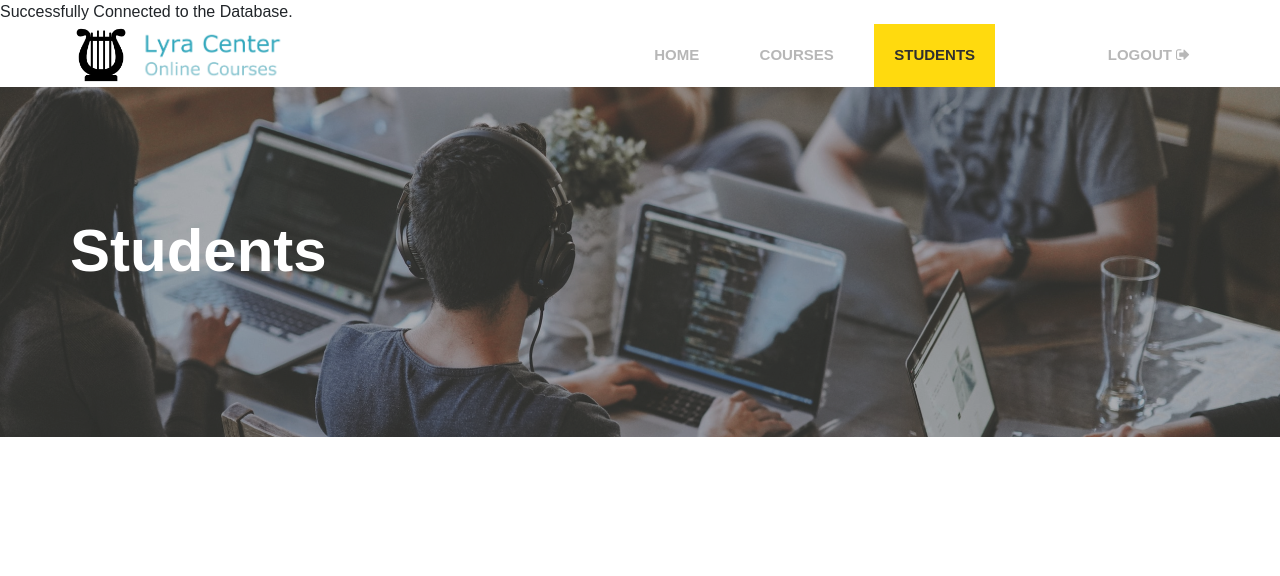
Repository: jersmaecrz/lyra-center
Page: http://localhost/aStudents.php
An editor plug-in stored every save of this project. The page is shown before and after the next save, followed by the edit.
The browser window is 1280 px wide. The pictures show the whole page.
Some web fonts or font styles are not loaded; a fallback is used. The page is run by PHP 8.4 with error messages shown; the project is at /var/www/html/.

Above is the page before, as saved 2022-12-03 23:31:22.

### aStudents.php
<?php
    include "admin-dashboard.php";
?>
<!DOCTYPE html>
<html lang="zxx">
<head>
    <link rel="icon" href="img/lyre.png">
    <meta charset="UTF-8">
    <meta name="description" content="Anime Template">
    <meta name="keywords" content="Anime, unica, creative, html">
    <meta name="viewport" content="width=device-width, initial-scale=1.0">
    <meta http-equiv="X-UA-Compatible" content="ie=edge">
    <title>Lyra | Students</title>
    <link rel="stylesheet" href="css/admin-home-style.css" type="text/css">

    <!-- Google Font -->
    <link href="https://fonts.googleapis.com/css2?family=Mulish:wght@300;400;500;600;700;800;900&display=swap"
    rel="stylesheet">

    <link rel="preconnect" href="https://fonts.googleapis.com">
    <link rel="preconnect" href="https://fonts.gstatic.com" crossorigin>
    <link href="https://fonts.googleapis.com/css2?family=Open+Sans:wght@700&display=swap" rel="stylesheet">

    <!-- Css Styles -->
    <link rel="stylesheet" href="css/bootstrap.min.css" type="text/css">
    <link rel="stylesheet" href="css/font-awesome.min.css" type="text/css">
    <link rel="stylesheet" href="css/elegant-icons.css" type="text/css">
    <link rel="stylesheet" href="css/plyr.css" type="text/css">
    <link rel="stylesheet" href="css/nice-select.css" type="text/css">
    <link rel="stylesheet" href="css/owl.carousel.min.css" type="text/css">
    <link rel="stylesheet" href="css/slicknav.min.css" type="text/css">
    <link rel="stylesheet" href="css/style.css" type="text/css">
</head>

<body>
    <!-- Page Preloder -->
    <div id="preloder">
        <div class="loader"></div>
    </div>

    <!-- Header Section Begin -->
    <header class="header">
        <div class="container">
            <div class="row">
                <div class="col-lg-5">
                    <div class="header__logo">
                        <a href="./aHome.php">
                            <img src="img/lyre.png" alt="" width=62px>
                            <img src="img/lyra.png" alt="" width=150px>
                        </a>
                    </div>
                </div>
                <div class="col-lg-7">
                    <div class="header__nav">
                        <nav class="header__menu mobile-menu">
                            <ul>
                                <li ><a href="./aHome.php">HOME</a></li>
                                <li ><a href="./aCourses.php">COURSES</a></li>
                                <li class="active"><a href="./aStudents.php">STUDENTS</a></li>
                                <li class="right"><a href="./signup.html">LOGOUT <i class="fa fa-sign-out" aria-hidden="true"></i></a></li>
                            </ul>
                        </nav>
                    </div>
                </div>

            </div>
            <div id="mobile-menu-wrap"></div>
        </div>
    </header>
    <!-- Header End -->


    <!-- Normal Breadcrumb Begin -->
    <section class="pg pg-breadcrumb set-bg" data-setbg="img/banner.png">
        <div class="container">
            <div class="row">
                <div class="col-lg-5">
                    <div class="normal__breadcrumb__text">
                        <h2>Students</h2>
                    </div>
                </div>
            </div>
        </div>

    </section>
    <!-- Normal Breadcrumb End -->
<br>

<!-- Dashboard -->
<div class="container">
    <div class="row">
            <div class="col-lg-12 normal__breadcrumb__text">

            </div>

    </div>
</div>
<br>
<br>
<br>
<br>
<br>

<!-- Footer Section Begin
<footer class="footer">
    <div class="page-up">
        <a href="#" class="scroll"><span class="arrow_carrot-up"></span></a>
    </div>
    <div class="container">
        <div class="row">
            <div class="col-lg-3">
                <div class="footer__logo">
                    <a href="./index.html">
                        <img src="img/mango manga.png" alt="" width=80px>
                        <img src="img/mm.png" alt="" width=110px>
                    </a>
                </div>
            </div>
            <div class="col-lg-6">
                <div class="footer__nav">
                    <ul>
                        <li class="active"><a href="./index.html">HOME</a></li>
                        <li ><a href="./courses.html">COURSES</a></li>
                        <li ><a href="./signup.html">STUDENTS</a></li>

                    </ul>
                </div>
            </div>

          </div>
      </div>
  </footer>
  <!-- Footer Section End -->


<!-- Js Plugins -->
<script src="js/jquery-3.3.1.min.js"></script>
<script src="js/bootstrap.min.js"></script>
<script src="js/player.js"></script>
<script src="js/jquery.nice-select.min.js"></script>
<script src="js/mixitup.min.js"></script>
<script src="js/jquery.slicknav.js"></script>
<script src="js/owl.carousel.min.js"></script>
<script src="js/main.js"></script>


</body>

</html>

### admin-dashboard.php
<?php
   require_once("config.php");
   class Dashboard {
        //Attributes
        public $name;
        public $courses;
        //Create setters
        function setStudents($students){
            $this -> students = $students;
        }
        function setCourses($courses){
            $this -> courses = $courses;
        }
        //Create getters
        function getStudents(){
            return $this -> students;
        }
        function getCourses(){
            return $this -> courses;
        }
        function countStudents($pdo){
            $query = "SELECT * FROM users";
            $stmt = $pdo-> prepare($query);
            $stmt -> execute();
            $rows = $stmt -> fetchAll();
            $rowCount = $stmt->rowCount();
            $this -> setStudents($rowCount);
        }
        function countCourses($pdo){
            $query = "SELECT * FROM courses";
            $stmt = $pdo-> prepare($query);
            $stmt -> execute();
            $rows = $stmt -> fetchAll();
            $rowCount = $stmt->rowCount();
            $this -> setCourses($rowCount);
        }
    }
?>

### config.php
<?php
    $host = "remotemysql.com";
    $user = "NsqxjSUDbx";
    $password = "wLgUwnheJo";
    $dbName = "NsqxjSUDbx" ;
    //Connect to database using PDO
    try {
        $dsn ="mysql:host=$host;dbname=$dbName";
        $pdo = new PDO($dsn,$user, $password);
        //Check the connection
        $pdo->setAttribute(PDO::ATTR_DEFAULT_FETCH_MODE,PDO::FETCH_OBJ);
        $pdo->setAttribute(PDO::ATTR_ERRMODE,PDO::ERRMODE_EXCEPTION);
        echo "Successfully Connected to the Database.";
    } catch(PDOException $e) {
        echo "Unable to Connect to DB: ". $e->getMessage();
    }
?>

### css/admin-home-style.css
.right {
    float: right;
}
.scroll {
    margin-left: -50px;
    margin-top: -50px;
}
.main-section{
	width:80%;
	margin:0 auto;
	text-align: center;
	padding: 0px 5px;
}
.dashboard{
	width:32%;
	display: inline-block;
	color:#fff;
	margin-top: 50px;
}
.icon-section i{
	font-size: 30px;
	padding:10px;
	border:1px solid #34495E;
	margin-bottom: 10px;
    margin: 5%;
	background-color:#fff;
    border-radius: 50%;
}
.icon-section h3{
	font-size: 20px;
    color: #fff;
	font-family: "Mulish", sans-serif;
}
.icon-section p{
	margin:0px;
	font-size: 20px;
	padding-bottom: 10px;
	font-family: "Mulish", sans-serif;
}
.icon {
    color: #023047;
}
.blueDash {
    background-color:#34495E;

}
.yellowDash {
    background-color:#4ACBCB;

}

### css/style.css

html,
body {
	height: 100%;
	font-family: "Mulish", sans-serif;
	-webkit-font-smoothing: antialiased;
	background: white;
}

h1,
h2,
h3,
h4,
h5,
h6 {
	margin: 0;
	color: #111111;
	font-weight: 400;
	font-family: "Mulish", sans-serif;
}

.lemony a{
	background: #FFDA0E;
	font-size: 20px;
	color: black;
	padding-left: 20px;
	padding-right: 20px;
	padding-top: 10px;
	padding-bottom: 10px;
	font-family: "Oswald", sans-serif;
}

h1 {
	font-size: 70px;
}

h2 {
	font-size: 36px;
}

h3 {
	font-size: 30px;
}

h4 {
	font-size: 24px;
}

h5 {
	font-size: 18px;
}

h6 {
	font-size: 16px;
}

p {
	font-size: 15px;
	font-family: "Mulish", sans-serif;
	color: #3d3d3d;
	font-weight: 400;
	line-height: 25px;
	margin: 0 0 15px 0;
}

img {
	max-width: 100%;
}

input:focus,
select:focus,
button:focus,
textarea:focus {
	outline: none;
}

a:hover,
a:focus {
	text-decoration: none;
	outline: none;
	color: #4ACBCB;;
}

ul,
ol {
	padding: 0;
	margin: 0;
}

/*---------------------
  Helper CSS
-----------------------*/

.section-title {
	margin-bottom: 30px;
}

.section-title h4,
.section-title h5 {
	color: #2F2F2F;
	font-weight: 600;
	line-height: 21px;
	text-transform: uppercase;
	padding-left: 20px;
	position: relative;
	font-family: "Oswald", sans-serif;
}

.section-title h4:after,
.section-title h5:after {
	position: absolute;
	left: 0;
	top: -6px;
	height: 32px;
	width: 4px;
	background: #e53637;
	content: "";
}

.set-bg {
	background-repeat: no-repeat;
	background-size: cover;
	background-position: top center;
}

.spad {
	padding-top: 100px;
	padding-bottom: 100px;
}

.text-white h1,
.text-white h2,
.text-white h3,
.text-white h4,
.text-white h5,
.text-white h6,
.text-white p,
.text-white span,
.text-white li,
.text-white a {
color: black;
}

/* buttons */

.primary-btn {
	display: inline-block;
	font-size: 13px;
	font-weight: 700;
	text-transform: uppercase;
	color: #ffffff;
	letter-spacing: 2px;
}

.primary-btn span {
	font-size: 18px;
	margin-left: 5px;
	position: relative;
	top: 3px;
}

.site-btn {
	font-size: 13px;
	color: #ffffff;
	background: #e53637;
	font-weight: 700;
	border: none;
	border-radius: 2px;
	letter-spacing: 2px;
	text-transform: uppercase;
	display: inline-block;
	padding: 12px 30px;
}

/* Preloder */

#preloder {
	position: fixed;
	width: 100%;
	height: 100%;
	top: 0;
	left: 0;
	z-index: 999999;
	background: #000;
}

.loader {
	width: 40px;
	height: 40px;
	position: absolute;
	top: 50%;
	left: 50%;
	margin-top: -13px;
	margin-left: -13px;
	border-radius: 60px;
	animation: loader 0.8s linear infinite;
	-webkit-animation: loader 0.8s linear infinite;
}

@keyframes loader {
	0% {
		-webkit-transform: rotate(0deg);
		transform: rotate(0deg);
		border: 4px solid #f44336;
		border-left-color: transparent;
	}
	50% {
		-webkit-transform: rotate(180deg);
		transform: rotate(180deg);
		border: 4px solid #673ab7;
		border-left-color: transparent;
	}
	100% {
		-webkit-transform: rotate(360deg);
		transform: rotate(360deg);
		border: 4px solid #f44336;
		border-left-color: transparent;
	}
}

@-webkit-keyframes loader {
	0% {
		-webkit-transform: rotate(0deg);
		border: 4px solid #f44336;
		border-left-color: transparent;
	}
	50% {
		-webkit-transform: rotate(180deg);
		border: 4px solid #673ab7;
		border-left-color: transparent;
	}
	100% {
		-webkit-transform: rotate(360deg);
		border: 4px solid #f44336;
		border-left-color: transparent;
	}
}

.spacial-controls {
	position: fixed;
	width: 111px;
	height: 91px;
	top: 0;
	right: 0;
	z-index: 999;
}

.spacial-controls .search-switch {
	display: block;
	height: 100%;
	padding-top: 30px;
	background: #323232;
	text-align: center;
	cursor: pointer;
}

.search-model {
	display: none;
	position: fixed;
	width: 100%;
	height: 100%;
	left: 0;
	top: 0;
	background: #000;
	z-index: 99999;
}

.search-model-form {
	padding: 0 15px;
}

.search-model-form input {
	width: 500px;
	font-size: 40px;
	border: none;
	border-bottom: 2px solid #333;
	background: 0 0;
	color: #999;
}

.search-close-switch {
	position: absolute;
	width: 50px;
	height: 50px;
	background: #333;
	color: #fff;
	text-align: center;
	border-radius: 50%;
	font-size: 28px;
	line-height: 28px;
	top: 30px;
	cursor: pointer;
	display: -webkit-box;
	display: -ms-flexbox;
	display: flex;
	-webkit-box-align: center;
	-ms-flex-align: center;
	align-items: center;
	-webkit-box-pack: center;
	-ms-flex-pack: center;
	justify-content: center;
}

/*---------------------
  Header
-----------------------*/

.header {
	background: white;
}

.header__menu {
	text-align: center;
}


.header__menu ul li {
	list-style: none;
	display: inline-block;
	position: relative;
	margin-right: 16px;
}

.header__menu ul li.active a {
	background: #FFDA0E;
	color: #2F2F2F;
}



.header__menu ul li:hover a {
	color: #4ACBCB;
}

.header__menu ul li:hover .dropdown {
	top: 62px;
	opacity: 1;
	visibility: visible;
}

.header__menu ul li:hover .dropdown li a {
	background: transparent;
}

.header__menu ul li:last-child {
	margin-right: 0;
}
.square {
  height: 450px;
  width: 1000px;
  background-color: #CCCC00;
}



.header__menu ul li:hover .dump {
	top: 62px;
	opacity: 1;
	visibility: visible;
}

.header__menu ul li:hover .dump li a {
	background: transparent;
}


.header__menu ul li .dump {
	position: absolute;
	left: 0;
	top: 82px;
	width: 150px;
	background: #ffffff;
	text-align: left;
	padding: 5px 0;
	z-index: 9;
	opacity: 0;
	visibility: hidden;
	-webkit-transition: all, 0.3s;
	-o-transition: all, 0.3s;
	transition: all, 0.3s;
}


.header__menu ul li .dump li {
	display: block;
	margin-right: 0;
}

.header__menu ul li .dump li a {
	font-size: 14px;
	color: #111111;
	font-weight: 500;
	padding: 5px 20px;
}





.header__menu ul li .dropdown {
	position: absolute;
	left: 0;
	top: 82px;
	width: 150px;
	background: #ffffff;
	text-align: left;
	padding: 5px 0;
	z-index: 9;
	opacity: 0;
	visibility: hidden;
	-webkit-transition: all, 0.3s;
	-o-transition: all, 0.3s;
	transition: all, 0.3s;
}


.header__menu ul li .dropdown li {
	display: block;
	margin-right: 0;
}

.header__menu ul li .dropdown li a {
	font-size: 14px;
	color: #111111;
	font-weight: 500;
	padding: 5px 20px;
}

.header__menu ul li a {
	font-size: 15px;
	color: #b7b7b7;
	display: block;
	font-weight: 700;
	-webkit-transition: all, 0.5s;
	-o-transition: all, 0.5s;
	transition: all, 0.5s;
	padding: 20px;
}

.header__menu ul li a span {
	position: relative;
	font-size: 17px;
	top: 2px;
}

.header__right {
	text-align: right;
	padding: 20px 0 15px;
}

.header__right a {
	display: inline-block;
	font-size: 18px;
	color: #ffffff;
	margin-right: 30px;
}

.header__right a:last-child {
	margin-right: 0;
}

.slicknav_menu {
	display: none;
}

/*---------------------
  Hero
-----------------------*/




/*---------------------
  Breadcrumb
-----------------------*/

.breadcrumb-option {
	padding-top: 35px;
}

.breadcrumb__links a {
	font-size: 15px;
	color: #323232;
	margin-right: 18px;
	display: inline-block;
	position: relative;
}

.breadcrumb__links a i {
	margin-right: 5px;
	color: #323232;
}

.breadcrumb__links a:after {
	position: absolute;
	right: -14px;
	top: 0;
	content: "";
	font-family: "FontAwesome";
}

.breadcrumb__links span {
	font-size: 15px;
	color: #323232;
	display: inline-block;
}

/*---------------------
    Normal Breadcrumb
-----------------------*/

.normal-breadcrumb {
	height: 450px;
	display: -webkit-box;
	display: -ms-flexbox;
	display: flex;
	-webkit-box-align: center;
	-ms-flex-align: center;
	align-items: center;
	-webkit-box-pack: center;
	-ms-flex-pack: center;
	justify-content: center;
}
.pg-breadcrumb {
	height: 350px;
	display: -webkit-box;
	display: -ms-flexbox;
	display: flex;
	-webkit-box-align: center;
	-ms-flex-align: center;
	align-items: center;
	-webkit-box-pack: center;
	-ms-flex-pack: center;
	justify-content: center;
}
.normal__breadcrumb__text h2 {
	color: #ffffff;
	font-size: 60px;
	font-family: "Oswald", sans-serif;
	font-weight: 700;
	margin-bottom: 22px;
}

.normal__breadcrumb__text p {
	color: #ffffff;
	font-size: 18px;
	margin-bottom: 0;
}


/*---------------------
  Login
-----------------------*/

.login {
	padding-top: 130px;
	padding-bottom: 120px;
}

.login__form {
	position: relative;
	padding-left: 145px;
}

.login__form:after {
	position: absolute;
	right: -14px;
	top: -40px;
	height: 330px;
	width: 1px;
	background: rgba(255, 255, 255, 0.2);
	content: "";
}

.login__form h3 {
	color: #ffffff;
	font-weight: 700;
	font-family: "Oswald", sans-serif;
	margin-bottom: 30px;
}

.login__form form .input__item {
	position: relative;
	width: 370px;
	margin-bottom: 20px;
}

.login__form form .input__item:before {
	position: absolute;
	left: 50px;
	top: 10px;
	height: 30px;
	width: 1px;
	background: #b7b7b7;
	content: "";
}

.login__form form .input__item input {
	height: 50px;
	width: 100%;
	font-size: 15px;
	color: #b7b7b7;
	background: #ffffff;
	border: none;
	padding-left: 76px;
}

.login__form form .input__item input::-webkit-input-placeholder {
	color: #b7b7b7;
}

.login__form form .input__item input::-moz-placeholder {
	color: #b7b7b7;
}

.login__form form .input__item input:-ms-input-placeholder {
	color: #b7b7b7;
}

.login__form form .input__item input::-ms-input-placeholder {
	color: #b7b7b7;
}

.login__form form .input__item input::placeholder {
	color: #b7b7b7;
}

.login__form form .input__item span {
	color: #b7b7b7;
	font-size: 20px;
	position: absolute;
	left: 15px;
	top: 13px;
}

.login__form form button {
	border-radius: 0;
	margin-top: 10px;
}

.login__form .forget_pass {
	font-size: 15px;
	color: #ffffff;
	display: inline-block;
	position: absolute;
	right: 60px;
	bottom: 12px;
}

.login__register {
	padding-left: 30px;
}

.login__register h3 {
	color: #ffffff;
	font-weight: 700;
	font-family: "Oswald", sans-serif;
	margin-bottom: 30px;
}

.login__register .primary-btn {
	background: #e53637;
	padding: 12px 42px;
}

.login__social {
	padding-top: 52px;
}

.login__social__links {
	text-align: center;
}

.login__social__links span {
	color: #ffffff;
	display: block;
	font-size: 13px;
	font-weight: 700;
	letter-spacing: 2px;
	text-transform: uppercase;
	margin-bottom: 30px;
}

.login__social__links ul li {
	list-style: none;
	margin-bottom: 15px;
}

.login__social__links ul li:last-child {
	margin-bottom: 0;
}

.login__social__links ul li a {
	color: #ffffff;
	display: block;
	font-size: 13px;
	font-weight: 700;
	letter-spacing: 2px;
	text-transform: uppercase;
	width: 460px;
	padding: 14px 0;
	position: relative;
	margin: 0 auto;
}

.login__social__links ul li a.facebook {
	background: #4267b2;
}

.login__social__links ul li a.google {
	background: #ff4343;
}

.login__social__links ul li a.twitter {
	background: #1da1f2;
}

.login__social__links ul li a i {
	font-size: 20px;
	position: absolute;
	left: 32px;
	top: 14px;
}

/*---------------------
  Sign Up
-----------------------*/

.signup {
	padding-top: 130px;
	padding-bottom: 150px;
}

.signup .login__form:after {
	height: 450px;
}

.signup .login__form h5 {
	font-size: 15px;
	color: #ffffff;
	margin-top: 36px;
}

.signup .login__form h5 a {
	color: #e53637;
	font-weight: 700;
}

.signup .login__social__links {
	text-align: left;
	padding-left: 40px;
}

.signup .login__social__links h3 {
	color: #ffffff;
	font-weight: 700;
	font-family: "Oswald", sans-serif;
	margin-bottom: 30px;
}

.signup .login__social__links ul li a {
	margin: 0;
	text-align: center;
}

/*---------------------
  Footer
-----------------------*/

.footer {
	background: #80E2E2;
	padding-top: 60px;
	padding-bottom: 40px;
	position: relative;
}

.page-up {
	position: absolute;
	left: 50%;
	top: -25px;
	margin-left: -25px;
}

.page-up a {
	display: inline-block;
	font-size: 36px;
	color: black;
	height: 50px;
	width: 50px;
	background: #FFDA0E;
	line-height: 50px;
	text-align: center;
	border-radius: 50%;
}

.page-up a span {
	position: relative;
	top: 2px;
	left: -1px;
}

.footer__nav {
	text-align: center;
}

.footer__nav ul li {
	list-style: none;
	display: inline-block;
	position: relative;
	margin-right: 40px;
}

.footer__nav ul li:last-child {
	margin-right: 0;
}

.footer__nav ul li a {
	font-size: 15px;
	color: #3D3D3D;
	display: block;
	font-weight: 700;
}


/*--------------------------------- Responsive Media Quaries -----------------------------*/

@media only screen and (min-width: 1200px) and (max-width: 1300px) {
	.hero {
		overflow: hidden;
	}
}

@media only screen and (min-width: 1200px) {
	.container {
		max-width: 1170px;
	}
}

/* Medium Device = 1200px */

@media only screen and (min-width: 992px) and (max-width: 1199px) {
	.hero {
		overflow: hidden;
	}
	.login__form {
		position: relative;
		padding-left: 32px;
	}
	.login__social__links ul li a {
		width: 380px;
	}
	.blog__item__text {
		padding: 0 50px;
	}
}

/* Tablet Device = 768px */

@media only screen and (min-width: 768px) and (max-width: 991px) {
	.hero {
		overflow: hidden;
	}
	.header {
		position: relative;
	}
	.header .container {
		position: relative;
	}
	.header__right {
		position: absolute;
		right: 120px;
		top: -42px;
		padding: 0;
	}
	.header__menu {
		display: none;
	}
	.slicknav_menu {
		background: transparent;
		padding: 0;
		display: block;
	}
	.slicknav_nav {
		position: absolute;
		left: 0;
		top: 60px;
		width: 100%;
		background: #ffffff;
		padding: 15px 30px;
		z-index: 9;
	}
	.slicknav_nav ul {
		margin: 0;
	}
	.slicknav_nav .slicknav_row,
	.slicknav_nav a {
		padding: 7px 0;
		margin: 0;
		color: #111111;
		font-weight: 600;
	}
	.slicknav_btn {
		border-radius: 0;
		background-color: #222;
		position: absolute;
		right: 0;
		top: 9px;
	}
	.slicknav_nav .slicknav_arrow {
		color: #111111;
	}
	.slicknav_nav .slicknav_row:hover {
		border-radius: 0;
		background: transparent;
		color: #111111;
	}
	.slicknav_nav a:hover {
		border-radius: 0;
		background: transparent;
		color: #111111;
	}
	.product__sidebar {
		padding-top: 50px;
	}
	.footer__logo {
		text-align: center;
		margin-bottom: 20px;
	}
	.footer__nav {
		margin-bottom: 15px;
	}
	.footer__copyright__text {
		text-align: center;
	}
	.anime__details__widget ul li span {
		width: 90px;
	}
	.anime__details__pic {
		margin-bottom: 40px;
	}
	.anime__details__sidebar {
		padding-top: 50px;
	}
	.login__form {
		padding-left: 0;
		margin-bottom: 40px;
	}
	.login__form:after {
		display: none;
	}
	.login__form form .input__item {
		width: auto;
	}
	.login__register {
		padding-left: 0;
	}
	.signup .login__social__links {
		padding-left: 0;
	}
}

/* Wide Mobile = 480px */

@media only screen and (max-width: 767px) {
	.hero {
		overflow: hidden;
	}
	.header {
		position: relative;
	}
	.header .container {
		position: relative;
	}
	.header__right {
		position: absolute;
		right: 120px;
		top: -42px;
		padding: 0;
	}
	.header__menu {
		display: none;
	}
	.slicknav_menu {
		background: transparent;
		padding: 0;
		display: block;
	}
	.slicknav_nav {
		position: absolute;
		left: 0;
		top: 60px;
		width: 100%;
		background: #ffffff;
		padding: 15px 30px;
		z-index: 9;
	}
	.slicknav_nav ul {
		margin: 0;
	}
	.slicknav_nav .slicknav_row,
	.slicknav_nav a {
		padding: 7px 0;
		margin: 0;
		color: #111111;
		font-weight: 600;
	}
	.slicknav_btn {
		border-radius: 0;
		background-color: #222;
		position: absolute;
		right: 0;
		top: 9px;
	}
	.slicknav_nav .slicknav_arrow {
		color: #111111;
	}
	.slicknav_nav .slicknav_row:hover {
		border-radius: 0;
		background: transparent;
		color: #111111;
	}
	.slicknav_nav a:hover {
		border-radius: 0;
		background: transparent;
		color: #111111;
	}
	.product__sidebar {
		padding-top: 50px;
	}
	.footer__logo {
		text-align: center;
		margin-bottom: 20px;
	}
	.footer__nav {
		margin-bottom: 15px;
	}
	.footer__copyright__text {
		text-align: center;
	}
	.blog__details__title h2 {
		font-size: 34px;
		line-height: normal;
	}
	.anime__details__pic {
		margin-bottom: 40px;
	}
	.anime__details__sidebar {
		padding-top: 50px;
	}
	.btn__all {
		text-align: left;
	}
	.product__page__title .section-title {
		margin-bottom: 30px;
	}
	.product__page__title .product__page__filter {
		text-align: left;
	}
	.anime__details__rating {
		text-align: left;
		position: relative;
		margin-bottom: 20px;
	}
	.blog__details__social {
		overflow: hidden;
	}
	.blog__details__title .blog__details__social a {
		margin-right: 10px;
		margin-bottom: 10px;
		width: calc(50% - 10px);
		float: left;
	}
	.login__form {
		padding-left: 0;
		margin-bottom: 40px;
	}
	.login__form:after {
		display: none;
	}
	.login__form form .input__item {
		width: auto;
	}
	.signup .login__social__links {
		padding-left: 0;
	}
	.login__social__links ul li a {
		width: auto;
	}
	.blog__item__text {
		padding: 0 30px;
	}
	.login__register {
		padding-left: 0;
	}
	.product__sidebar__view .filter__controls li {
		margin-right: 2px;
	}
	.search-model-form input {
		width: 100%;
	}
}

/* Small Device = 320px */

@media only screen and (max-width: 479px) {
	.hero__slider.owl-carousel .owl-nav {
		display: none;
	}
	.hero__items {
		padding: 250px 0 42px 15px;
	}
	.hero__text h2 {
		font-size: 32px;
	}
	.footer__nav ul li {
		margin-right: 10px;
	}
	.anime__details__btn .follow-btn {
		padding: 14px 26px;
		margin-right: 11px;
		margin-bottom: 25px;
	}
	.anime__details__widget ul li span {
		width: 85px;
	}
	.anime__video__player .plyr__volume {
		left: 65px;
	}
	.anime__video__player .plyr__controls .plyr__controls__item.plyr__time {
		left: 95px;
	}
	.anime__video__player .plyr__menu {
		margin-right: 60px;
	}
	.blog__details__title h2 {
		font-size: 30px;
		line-height: normal;
	}
	.blog__details__title .blog__details__social a {
		padding: 16px 25px 14px 20px;
	}
	.blog__details__comment__item.blog__details__comment__item--reply {
		padding-left: 0;
	}
	.blog__details__comment__item__pic {
		margin-right: 25px;
	}
	.blog__details__comment__item__text a {
		margin-right: 6px;
	}
	.login__social__links ul li a i {
		left: 20px;
	}
	.login__form .forget_pass {
		position: relative;
		left: 0;
		bottom: 0;
		margin-top: 25px;
	}
	.header__right a {
		margin-right: 10px;
	}
	.anime__review__item__text h6 span {
		font-size: 12px;
	}
	.anime__review__item__text {
		padding: 18px 20px 20px;
	}

}

Loaded but not shown: css/bootstrap.min.css (library); css/font-awesome.min.css (library); css/plyr.css (library); css/nice-select.css (common file); css/owl.carousel.min.css (library); css/slicknav.min.css (common file); js/jquery-3.3.1.min.js (library); js/bootstrap.min.js (library); js/player.js (library); js/jquery.nice-select.min.js (common file); js/mixitup.min.js (library); js/jquery.slicknav.js (library); js/owl.carousel.min.js (library); js/main.js (101 lines, source omitted); css/elegant-icons.css (1157 lines, source omitted)

After the next save:
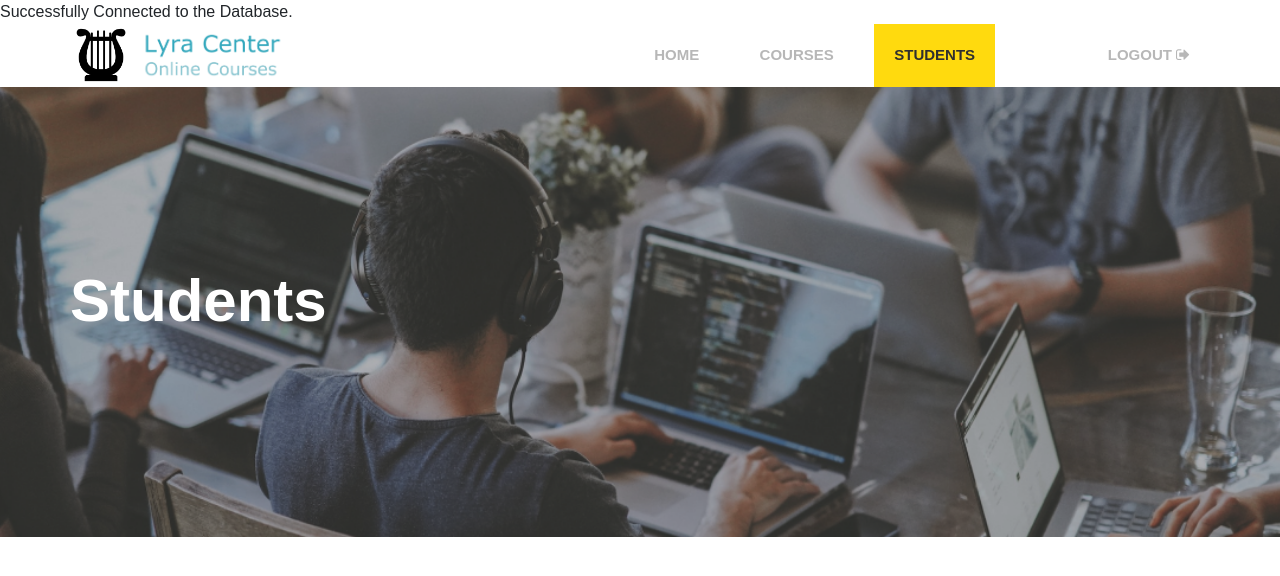
Saved 13 s later.
--- a/css/style.css
+++ b/css/style.css
@@ -522,7 +522,7 @@ color: black;
 	justify-content: center;
 }
 .pg-breadcrumb {
-	height: 350px;
+	height: 450px;
 	display: -webkit-box;
 	display: -ms-flexbox;
 	display: flex;
